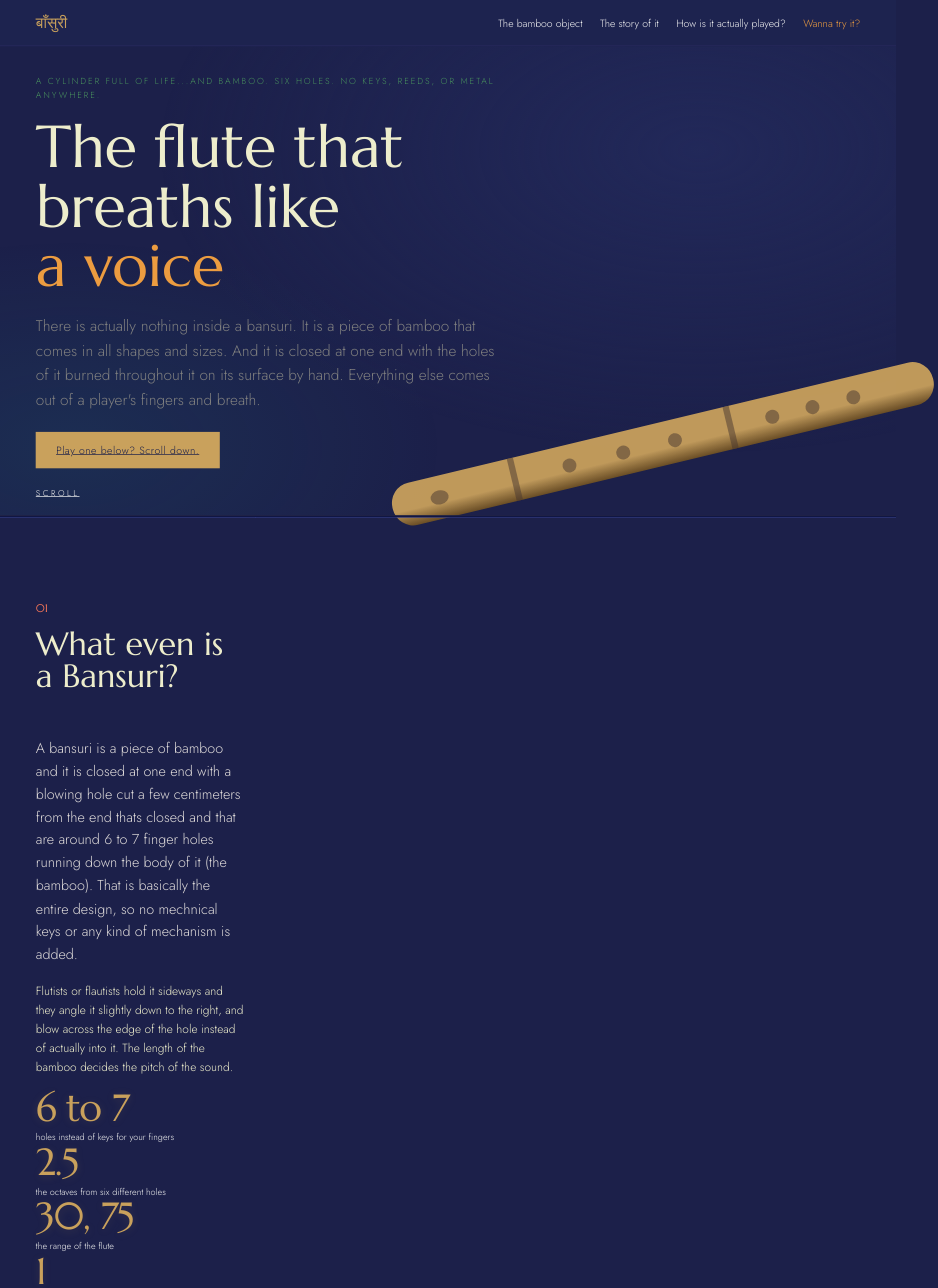
Repository: manayparikh1/Bansi
Page: index.html
The author's editor kept a copy of each file at every save. The page is drawn from the files as they stood at one save, then again after the next save.
The browser window is 1280 px wide. The page is 1340 px wide, so the pictures cover 1340 px, including what lies to the right of the window. The pictures show the part of the page from y = 0 to 1840 px (the page is 6156 px tall before and 6175 px after), at 70% of full size.

Above is the page before, as saved 2026-09-23 07:06:48.

### index.html
<!DOCTYPE html>
<html lang="en">

<head>
    <meta charset="utf-8">
    <meta name="viewport" content="width=device-width, initial-scale=2.0">
    <title>Bansuri ——— the flute with NO keys</title>
    <link rel="preconnect" href="https://fonts.googleapis.com">
    <link rel="preconnect" href="https://fonts.gstatic.com" crossorigin>
    <link href="https://fonts.googleapis.com/css2?family=Marcellus&family=Jost:wght@300;400;500&display=swap"
        rel="stylesheet">
    <link rel="stylesheet" href="style.css">
</head>

<body>
    <div class="stars"></div>
    <nav class="bar">
        <span class="mark">बाँसुरी</span>
        <div class="links">
            <a href="#what">The bamboo object</a>
            <a href="#story">The story of it</a>
            <a href="#play">How is it actually played?</a>
            <a href="#studio" class="hot">Wanna try it?</a>
        </div>
    </nav>
    <!-- ===Hero=== -->
    <header class="hero" id="top">
        <div class="hero-inner">
            <p class="eyebrow">A cylinder full of life...and bamboo. Six holes. No keys, reeds, or metal anywhere.</p>
            <h1>The flute that<br>breaths like<br><em>a voice</em></h1>
            <p class="stand">
                There is actually nothing inside a bansuri. It is a piece of bamboo that comes in all shapes and sizes.
                And it is closed at one end with the holes of it burned throughout it on its surface by hand. Everything
                else comes out of a player's fingers and breath.
            </p>
            <a class="cta" href="#studio">Play one below? Scroll down.</a>
        </div>

        <div class="hero-flute">
            <div class="tube big">
                <span class="node n1"></span>
                <span class="node n2"></span>
                <span class="blow"></span>
                <span class="hole h0"></span>
                <span class="hole h1"></span>
                <span class="hole h2"></span>
                <span class="hole h3"></span>
                <span class="hole h4"></span>
                <span class="hole h5"></span>
            </div>
        </div>
        <a class="scroll-hint" href="#what">scroll</a>
    </header>

    <!-- ==1. the object-->
    <section class="band" id="what">
        <div class="wrap two-col">
            <div class="col-head">
                <p class="num">01</p>
                <h2>What even is a Bansuri?</h2>
            </div>
            <div class="col-body">
                <p class="lead">
                    A bansuri is a piece of bamboo and it is closed at one end with a blowing hole cut a few centimeters
                    from the end thats closed and that are around 6 to 7 finger holes running down the body of it (the
                    bamboo). That is basically the entire design, so no mechnical keys or any kind of mechanism is
                    added.
                </p>
                <p>
                    Flutists or flautists hold it sideways and they angle it slightly down to the right, and blow across
                    the edge of the hole instead of actually into it. The length of the bamboo decides the pitch of the
                    sound.
                </p>
                <div class="fact">
                    <b>6 to 7</b>
                    <span>holes instead of keys for your fingers</span>
                </div>
                <div class="fact"><b>2.5</b><span>the octaves from six different holes</span></div>
                <div class="fact"><b>30, 75</b><span>the range of the flute</span></div>
                <div class="fact"><b>1</b><span>piece of bamboo</span></div>
            </div>

            <p class="aside-note">
                The same exact instrument turns up across the subcontinent under dozens of names for example bansi,
                marali,
                pullankuzhal, and venuvu and in the south its called venu which is basically a type of bansuri and it
                has I
                think eight holes and it plays with a bright tone in my opinion.
            </p>
        </div>
        </div>
    </section>
    <!-- == 2.story -->
    <section class="band tint" id="story">
        <div class="wrap two-col">
            <div class="col-head">
                <p class="num">02</p>
                <h2>From being a cow herdler to performing in a concert hall.</h2>
            </div>
            <div class="col-body">
                <p class="hello">
                    The bamboo flute (bansuri) is so old that nobody can actuall date it. And it is carved into various
                    religious temple walls like Buddhist, Hindu, and Jain. It is super important for Krishna, who is a
                    Hindu god that is depicted for playing the most beautiful flute scales EVER.
                </p>
                <p>
                    Honestly for most of the history it pretty much stayed as a folk instrument. It was small and played
                    in villages and it did not appear on atleast one Hindustani conert stage at all and that all changed
                    one <strong>lifetime</strong>.
                </p>

                <div class="people">
                    <div class="person">
                        <p class="years">1911-1960</p>
                        <h3>Pannalal Ghosh</h3>
                        <p>
                            He was born in Barisal and he rebuilt the instrument to make it fit for classical music. And
                            it was much more longer than any other flute that time, around 32 inches I believe. It
                            dropped the pitch and gave it the sustain effect a raga needs. He popularized the seventh
                            hole and studied under someone named Allauddin Khan. Before him the bansuri was not even a
                            concert instrument, it was used only for village songs. But he made such a big change that
                            after him it was.
                        </p>
                    </div>
                    <div class="person">
                        <p class="years">Born on 1938</p>
                        <h3>Hariprasad Chaurasia</h3>
                        <p>
                            He is still alive today and one of my favourite flute players in the world. He carried it
                            out of India. Fifty years of recordings across most of the major ragas. He taught gurukul in
                            Vrindavan, and collabed with Western musicians and he gave the bansuri a profile thats
                            comparable with the sitar.
                        </p>
                    </div>
                </div>
                <p class="tabla">
                    In a performance the bansuri is usually joined by another Indian instrument called the Tabla, which
                    many of you have heard. It is used for rhythm and a tanpura droning underneath, holding the tonic of
                    the bansuri so the never loses its pitch. You can switch that drone on in the studio below.
                    <strong>Try it</strong>.
                </p>
            </div>
        </div>
    </section>
    <!--==3. how is it ac played-->
    <section class="band" id="play" <div class="wrap two-col">

        <div class="col-head" <p class="num">003</p>
            <h2>Why having no keys is basically the whole point!</h2>
            <div>
                <div class="col-body">
                    <p class="lead">
                        A western flute gives you a key per every note. Press it and you get the note and the pitch
                        between two keys does not exist (some of you may not understand what I am saying here but thats
                        fine). The bansuri has nothing buton open holes and the pads of your fingers, which sounds super
                        good for bansuri because you can add sounds that are not even possible on the western flute by
                        sliding and gliding your fingers. (I'll show you a audio recording of me playing in the very
                        bottom).
                    </p>
                    <p>
                        Because a finger can cover a hole halfway, or a third of the way, or roll slowly off it, the
                        player has every pitch between the notes. That is how the flats and sharps of different ragas
                        are found on an instrument with holes that are fixed and it is how a bansuri slides from one
                        note into the next into a single breath.
                    </p>
                    <p>
                        The seven swaras are <b>Sa Re Ga Ma Pa Dha Ni</b>, and Sa is not a fixed frequency surprisingly.
                        It is wherever the flute of the player sits.
                    </p>
                    <div class="rowforswaras">
                        <span>सा<i>Sa</i></span><span>रे<i>Re</i></span><span>ग<i>Ga</i></span>
                        <span>म<i>Ma</i></span><span>प<i>Pa</i></span><span>ध<i>Dha</i></span>
                        <span>नि<i>Ni</i></span>
                    </div>
                </div>
            </div>
    </section>
    <!-- ===4.Studio=== -->
    <section class="thestudio" id="thestudio">
        <div class="wrap">
            <header class="studio-head">
                <p class="gold">The studio</p>
                <h2>Play it <strong>without</strong> blowing</h2>
                <p class="studiosub">
                    Press the swara pads or use the row of your keyboard
                    <kbd>A</kbd><kbd>S</kbd><kbd>D</kbd><kbd>F</kbd><kbd>G</kbd><kbd>H</kbd><kbd>J</kbd><kbd>K</kbd>.
                    Hold a note to keep it sustained and the flute above will show you which holes a real player would
                    be covering (as an example).
                </p>
            </header>
            <!-- the main primary instrument with the actually tube creation-->
            <div class="instrument" id="theflute">
                <div class="tube">
                    <span class="node n1"></span>
                    <span class="node n2"></span>
                    <span class="node n3"></span>
                    <span class="blow"></span>
                    <span class="hole h0" id="h0"></span>
                    <span class="hole h1" id="h1"></span>
                    <span class="hole h2" id="h2"></span>
                    <span class="hole h3" id="h3"></span>
                    <span class="hole h4" id="h4"></span>
                    <span class="hole h5" id="h5"></span>
                    <!-- only these much holes are enough because its good for beginners. -->
                </div>
                <p class="breath" id="breath">resting</p>
            </div>
            <!-- Controls -->
            <div class="thedesk">
                <div class="set">
                    <p class="set-label">Raga Colour</p>
                    <div class="thechips" id="thaats">
                        <button type="button" class="chip on" data-thaat="bilwal">Bilwal<i>all natural</i></button>
                        <button type="button" class="chip" data-thaat="yaman">Yaman<i>Ma is sharp</i></button>
                        <button type="button" class="chip" data-thaat="bhairav">Bhairav<i>Re and Dha is flat</i>
                        </button>
                        <button type="button" class="chip" data-thaat="kafi">Kafi<i>Ga and Ni is flat</i></button>
                    </div>
                </div>
                <div class="set">
                    <!-- testing straight from my flute -->
                </div>
                <p class="set-label">Length of the bamboo</p>
                <div class="thechips" id="sizes">
                    <button type="button" class="chip" data-base="220.00">Long<i>deep</i></button>
                    <button type="button" class="chip on" data-base="293.66">Medium<i>middle</i></button>
                    <button type="button" class="chip" data-base="392.00">Short<i>bright</i></button>
                </div>
            </div>
            <div class="set">
                <p class="set-label">Tanpura</p>
                <div class="thechips">
                    <button type="button" class="chip" id="drone">Drone Off</button>
                </div>
            </div>
        </div>
        <!-- Swara pads for the fingerings virtual padss-->
        <div class="thepads" id="thepads"></div>
        <p class="thefootnote">
            It has real fingering and it is super simplified: the lower four swaras are created by uncovering the holes
            one at a time at any speed you want, and the upper four repeat those shapes while the player blows harder
            with more embochure to jump an octave (I will show you that later). The flats and sharps that seperate one
            raga from another are actually found by covering half the hole, which a mouse, cursor or whatever you are
            using to test will not be able to imitate. So you need a real one for that.
        </p>
        </div>
    </section>
    <div class="wrap">
        <!-- this is written in devanagri and it is written the same in hindi and nepali बाँसुरी : flute-->
        <footer class="foot">
            <p class="foot-big">बाँसुरी</p>
            <p>A page about a hollow stick that can play as if it sings.</p>
            <p class="small">
                The sound is generated live with the Web Audio Api. If you want to see a page of me with audios of
                playing flute scroll down to the bottom.
            </p>
    </div>
    </footer>
    <!-- above is gonna be the footer -->
    <script src="app.js"></script>
</body>

</html>

Loaded but not shown: style.css (744 lines, source omitted); app.js (no stored copy; drawn as an empty file)

After the next save:
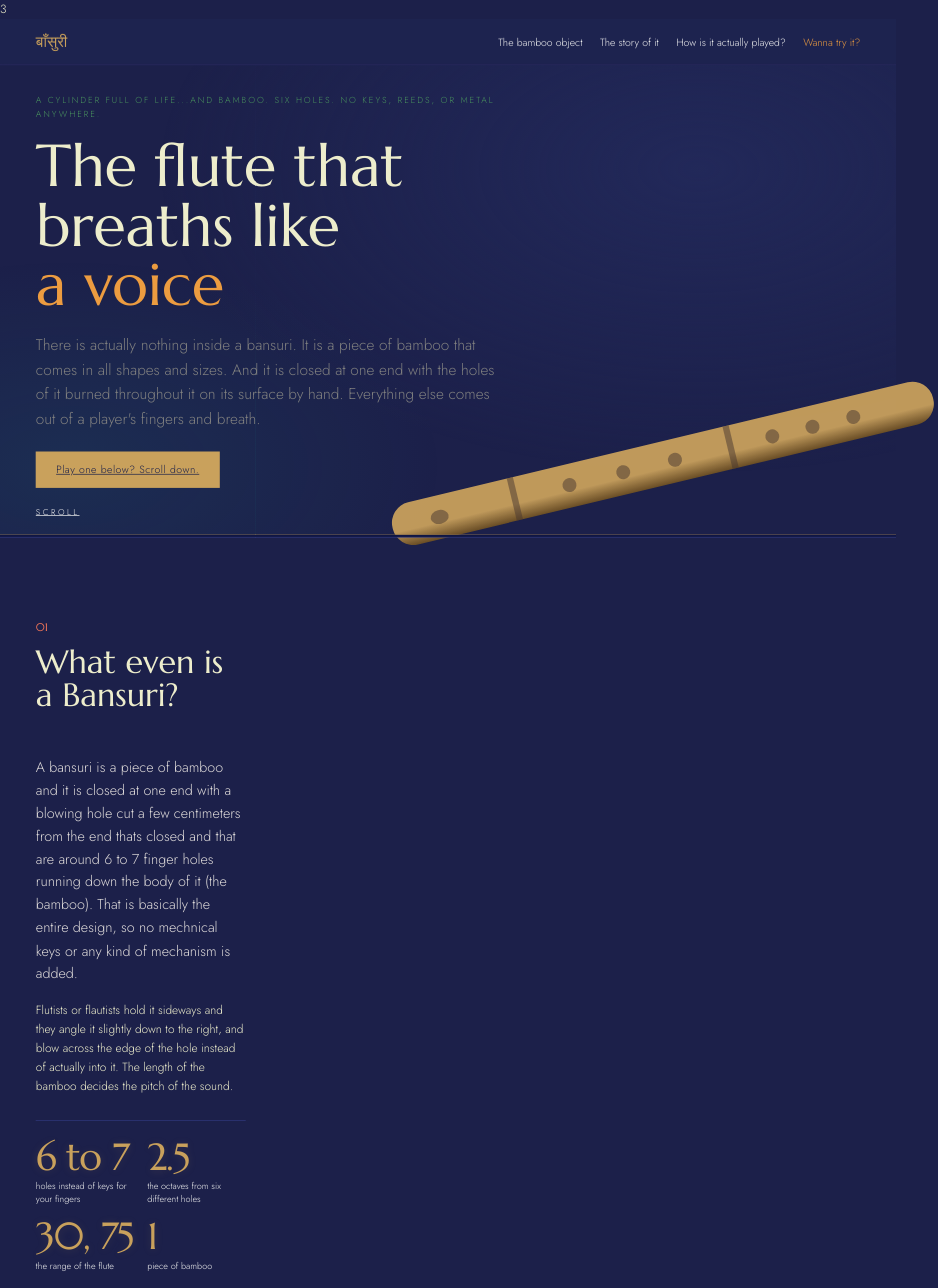
Saved 2 min 16 s later.
--- a/index.html
+++ b/index.html
@@ -8,7 +8,7 @@
     <link rel="preconnect" href="https://fonts.googleapis.com">
     <link rel="preconnect" href="https://fonts.gstatic.com" crossorigin>
     <link href="https://fonts.googleapis.com/css2?family=Marcellus&family=Jost:wght@300;400;500&display=swap"
-        rel="stylesheet">
+        rel="stylesheet">3
     <link rel="stylesheet" href="style.css">
 </head>
 
@@ -71,13 +71,15 @@
                     the edge of the hole instead of actually into it. The length of the bamboo decides the pitch of the
                     sound.
                 </p>
-                <div class="fact">
-                    <b>6 to 7</b>
-                    <span>holes instead of keys for your fingers</span>
-                </div>
-                <div class="fact"><b>2.5</b><span>the octaves from six different holes</span></div>
-                <div class="fact"><b>30, 75</b><span>the range of the flute</span></div>
-                <div class="fact"><b>1</b><span>piece of bamboo</span></div>
+                <div class="facts">
+                    <div class="fact">
+                        <b>6 to 7</b>
+                        <span>holes instead of keys for your fingers</span>
+                    </div>
+                    <div class="fact"><b>2.5</b><span>the octaves from six different holes</span></div>
+                    <div class="fact"><b>30, 75</b><span>the range of the flute</span></div>
+                    <div class="fact"><b>1</b><span>piece of bamboo</span></div>
+                </div>
             </div>
 
             <p class="aside-note">
@@ -133,7 +135,7 @@
                         </p>
                     </div>
                 </div>
-                <p class="tabla">
+                <p class="+">
                     In a performance the bansuri is usually joined by another Indian instrument called the Tabla, which
                     many of you have heard. It is used for rhythm and a tanpura droning underneath, holding the tonic of
                     the bansuri so the never loses its pitch. You can switch that drone on in the studio below.
@@ -167,7 +169,7 @@
                         The seven swaras are <b>Sa Re Ga Ma Pa Dha Ni</b>, and Sa is not a fixed frequency surprisingly.
                         It is wherever the flute of the player sits.
                     </p>
-                    <div class="rowforswaras">
+                    <div class="swara-row">
                         <span>सा<i>Sa</i></span><span>रे<i>Re</i></span><span>ग<i>Ga</i></span>
                         <span>म<i>Ma</i></span><span>प<i>Pa</i></span><span>ध<i>Dha</i></span>
                         <span>नि<i>Ni</i></span>
@@ -178,10 +180,10 @@
     <!-- ===4.Studio=== -->
     <section class="thestudio" id="thestudio">
         <div class="wrap">
-            <header class="studio-head">
+            <header class="thestudio-head">
                 <p class="gold">The studio</p>
                 <h2>Play it <strong>without</strong> blowing</h2>
-                <p class="studiosub">
+                <p class="thestudio-sub">
                     Press the swara pads or use the row of your keyboard
                     <kbd>A</kbd><kbd>S</kbd><kbd>D</kbd><kbd>F</kbd><kbd>G</kbd><kbd>H</kbd><kbd>J</kbd><kbd>K</kbd>.
                     Hold a note to keep it sustained and the flute above will show you which holes a real player would
